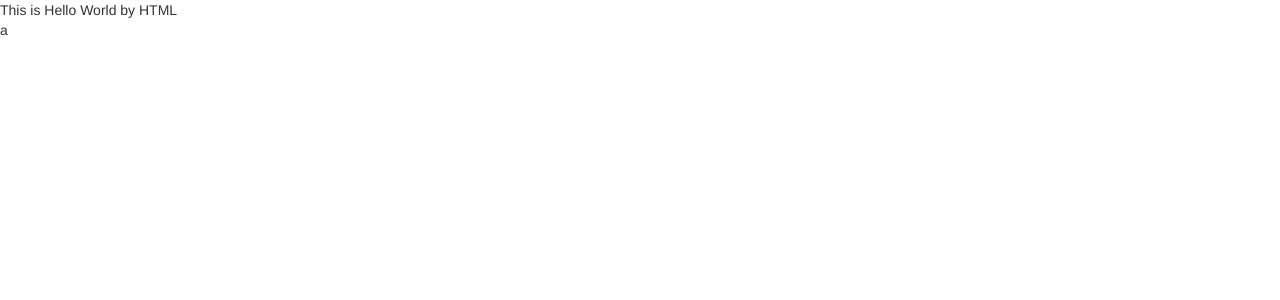
Repository: looby10120/Marathon-Runner-Database-Project
Page: client/index.html
The author's editor kept a record of every edit. The page is drawn from the files as they stood at one moment, then again after the next edit.
The browser window is 1280 px wide. The pictures show the whole page.

Above is the page before.
Console error: TypeError: document.ready is not a function
Not found: client/css/Mycss.css

### client/index.html
<!doctype html>
<html lang="en" ng-app>
  <head>
    <title>Databases Project</title>
    <meta name="viewport" content="width=device-width, initial-scale=1.0">
    <link rel="stylesheet" href="/css/bootstrap.min.css">
    <link rel="stylesheet" href="/css/bootstrap-responsive.min.css">
    <link rel="stylesheet" href="/client/css/Mycss.css">

  </head>
  <body>
    This is Hello World by HTML

    <div id="msgid">a

    </div>
  <script src="https://ajax.googleapis.com/ajax/libs/jquery/3.3.1/jquery.min.js"></script>
  <script>

      (document).ready(function(){
       ("#msgid").html("<h2>This is Hello World by JQuery</h2>");
      });

    </script>
  </body>
</html>

Loaded but not shown: client/css/bootstrap.min.css (library); client/css/bootstrap-responsive.min.css (library)

After the next edit:
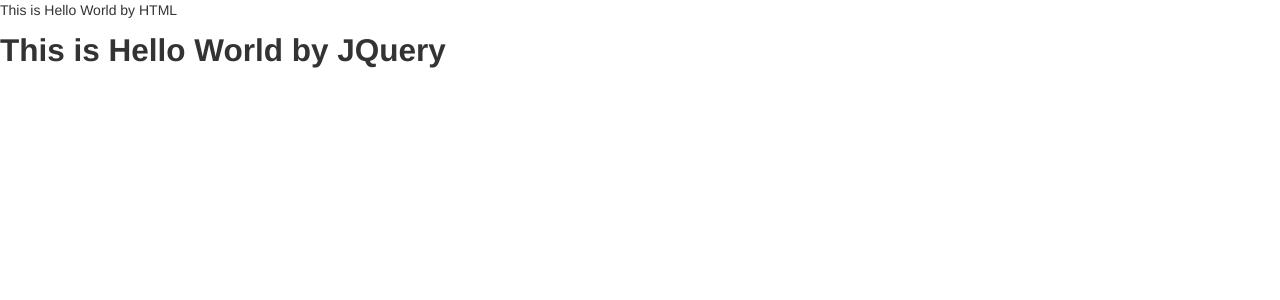
The error is gone.
The edit:
--- a/client/index.html
+++ b/client/index.html
@@ -17,8 +17,8 @@
   <script src="https://ajax.googleapis.com/ajax/libs/jquery/3.3.1/jquery.min.js"></script>
   <script>
 
-      (document).ready(function(){
-       ("#msgid").html("<h2>This is Hello World by JQuery</h2>");
+      $(document).ready(function(){
+       $("#msgid").html("<h2>This is Hello World by JQuery</h2>");
       });
 
     </script>
